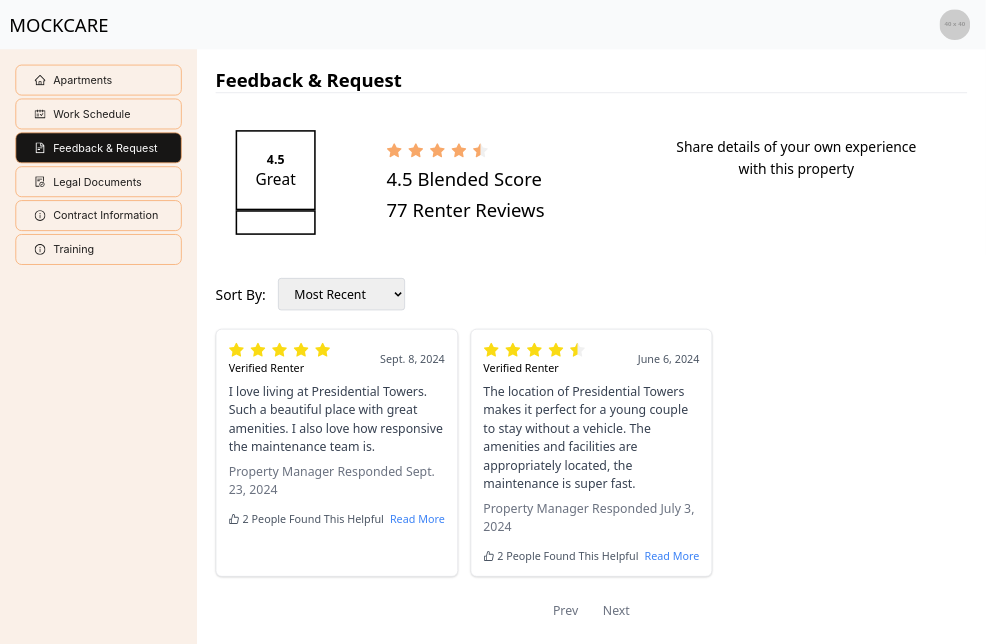
Repository: dunh-real/MockProject_102024_Nhom4
Page: / (app in frontend/)
The author's editor kept a copy of each file at every save. The page is drawn from the files as they stood at one save, then again after the next save.
The browser window is 1280 px wide. The pictures show the whole page, at 77% of full size.
The project was rebuilt for these pictures with package versions that can differ from the ones it lists, and the page was loaded fresh each time. Also part of the build but not shown: frontend/vite.config.js, frontend/vite.config.ts, frontend/src/App.css, frontend/src/component/ReviewModal.tsx.

Above is the page before, as saved 2024-10-09 16:48:19.

### frontend/src/index.tsx
import React from 'react';
import ReactDOM from 'react-dom/client';
import './index.css';
import App from './App';
import reportWebVitals from './reportWebVitals';
import { Provider } from 'react-redux';
import store from './store/store';

const root = ReactDOM.createRoot(
  document.getElementById('root') as HTMLElement
);
root.render(
  <Provider store={store}>
    <App />
  </Provider>
);

// If you want to start measuring performance in your app, pass a function
// to log results (for example: reportWebVitals(console.log))
// or send to an analytics endpoint. Learn more: https://bit.ly/CRA-vitals
reportWebVitals();

### frontend/src/App.tsx

import './App.css'
import ReviewList from './pages/Feedback&Request/Feedback&Request'
// import LoginForm from './pages/Login/Login'

function App() {


  return (
    <>
      {/* <LoginForm/> */}
      <ReviewList/>
    </>
  )
}

export default App

### frontend/src/store/store.ts
import { configureStore } from '@reduxjs/toolkit';
import authReducer from './slice/authSlice';

const store = configureStore({
    reducer: {
        auth: authReducer,
    },
});

export type RootState = ReturnType<typeof store.getState>;

export type AppDispatch = typeof store.dispatch;

export default store;

### frontend/src/pages/Feedback&Request/Feedback&Request.tsx
import React, { useState } from 'react';
import { Rate } from 'antd'; // Dùng Antd cho Rate, có thể thay thế bằng biểu tượng của Tailwind nếu cần
import { LikeOutlined } from '@ant-design/icons';
import ReviewModal from '../../component/ReviewModal';
import Sidebar from '../../component/Sidebar';

interface Review {
    date: string;
    rating: number;
    text: string;
    managerResponse: string;
    helpfulCount: number;
    renter: string;
}

const reviews: Review[] = [
    {
        date: 'Sept. 8, 2024',
        rating: 5,
        renter: 'Verified Renter',
        text: 'I love living at Presidential Towers. Such a beautiful place with great amenities. I also love how responsive the maintenance team is.',
        managerResponse: 'Property Manager Responded Sept. 23, 2024',
        helpfulCount: 2,
    },
    {
        date: 'June 6, 2024',
        rating: 4.5,
        renter: 'Verified Renter',
        text: 'The location of Presidential Towers makes it perfect for a young couple to stay without a vehicle. The amenities and facilities are appropriately located, the maintenance is super fast.',
        managerResponse: 'Property Manager Responded July 3, 2024',
        helpfulCount: 2,
    },
];

const ReviewList: React.FC = () => {
    const [showModal, setShowModal] = useState<boolean>(false);
    const [page, setPage] = useState<number>(1);

    const handlePageChange = (page: number) => {
        setPage(page);
    };

    const handleSortChange = (value: string) => {
        console.log(`Sort by: ${value}`);
    };

    return (
        <div className="min-h-screen bg-gray-50">
            <div className="flex bg-[#f8a769d9] justify-between items-center p-3">
                <div className="w-1/5">
                    <h1 className="text-xl lg:text-2xl">MOCKCARE</h1>
                </div>
                <div className="flex justify-end">
                    <img
                        src="https://via.placeholder.com/40"
                        alt="Avatar"
                        className="rounded-full w-[40px] h-[40px] sm:w-[50px] sm:h-[50px] mr-2"
                    />
                </div>
            </div>
            <div className="flex flex-col lg:flex-row">
                <Sidebar />
                <div className="lg:w-4/5 p-4 sm:p-6 bg-white">
                    <div className="mb-4">
                        <h2 className="text-lg sm:text-xl md:text-2xl font-bold">Feedback & Request</h2>
                        <hr className="h-[4px] sm:h-[6px] md:h-[8px] bg-[#F8A869]" />
                    </div>
                    <div className="flex flex-col lg:flex-row justify-around items-center mb-6">
                        <div className="flex flex-col items-center mb-4 lg:mb-0">
                            <div className="text-center text-[#F8A869] border-black border-2 p-6">
                                <p className="text-[25px] sm:text-[30px] lg:text-[35px] font-bold">4.5</p>
                                <p className="text-sm sm:text-lg lg:text-xl">Great</p>
                            </div>
                            <div className="text-xs w-full border-black border-2 bg-[#000000c8]">
                                <p className="text-white p-1 text-center text-sm">Out of 5</p>
                            </div>
                        </div>
                        <div className="bg-[#d9d9d97b] flex flex-col lg:flex-row justify-between items-center w-full max-w-3xl p-6 lg:p-10 space-y-6 lg:space-y-0">
                            <div>
                                <Rate allowHalf defaultValue={4.5} disabled style={{ color: '#F8A869' }} />
                                <div className="text-[#000000] mt-2 mb-2 text-lg sm:text-xl lg:text-2xl">4.5 Blended Score</div>
                                <div className="text-[#000000] font-light text-base sm:text-lg lg:text-2xl">77 Renter Reviews</div>
                            </div>
                            <div className="text-center">
                                <p className="text-[#000000] font-light text-sm sm:text-base lg:text-lg">
                                    Share details of your own experience <br />
                                    with this property
                                </p>
                                <button
                                    onClick={() => setShowModal(true)}
                                    className="bg-[#f05a28] text-white px-8 py-3 mt-3 rounded hover:bg-[#ff6a38] hover:text-black text-sm sm:text-base lg:text-lg"
                                >
                                    Write a Review
                                </button>
                            </div>
                        </div>
                    </div>
                    <div className="mb-6 flex flex-col sm:flex-row items-start sm:items-center gap-4">
                        <p className="text-base sm:text-lg">Sort By:</p>
                        <select
                            onChange={(e) => handleSortChange(e.target.value)}
                            className="border border-gray-300 rounded px-4 py-2 text-sm sm:text-base"
                        >
                            <option value="recent">Most Recent</option>
                            <option value="highest">Highest Rating</option>
                            <option value="lowest">Lowest Rating</option>
                        </select>
                    </div>
                    <div className="grid grid-cols-1 md:grid-cols-2 lg:grid-cols-3 gap-4">
                        {reviews.slice((page - 1) * 2, page * 2).map((review, index) => (
                            <div key={index} className="p-4 border border-gray-200 rounded-lg bg-white shadow">
                                <div className="flex justify-between items-center mb-2">
                                    <div>
                                        <Rate allowHalf defaultValue={review.rating} disabled />
                                        <p className="text-sm font-light">{review.renter}</p>
                                    </div>
                                    <span className="text-sm text-gray-600">{review.date}</span>
                                </div>
                                <p className="text-gray-700">{review.text}</p>
                                <p className="text-gray-500 mt-2">{review.managerResponse}</p>
                                <div className="flex justify-between items-center mt-4">
                                    <div className="flex items-center text-sm text-gray-600">
                                        <LikeOutlined className="mr-1 text-[#F8A869]" />
                                        {review.helpfulCount} People Found This Helpful
                                    </div>
                                    <button className="text-blue-500 text-sm">Read More</button>
                                </div>
                            </div>
                        ))}
                    </div>
                    <div className="flex justify-center mt-6">
                        <button
                            onClick={() => handlePageChange(page - 1)}
                            className="px-4 py-2 text-gray-500 text-sm sm:text-base"
                            disabled={page === 1}
                        >
                            Prev
                        </button>
                        <button
                            onClick={() => handlePageChange(page + 1)}
                            className="px-4 py-2 text-gray-500 text-sm sm:text-base"
                        >
                            Next
                        </button>
                    </div>
                </div>
            </div>
            {showModal && <ReviewModal setShowModal={setShowModal} />}
        </div>
    );
};

export default ReviewList;

### frontend/src/store/slice/authSlice.ts
import { createSlice, PayloadAction } from '@reduxjs/toolkit';

interface AuthState {
    token: string | null;
}

const initialState: AuthState = {
    token: null,
};

const authSlice = createSlice({
    name: 'auth',
    initialState,
    reducers: {
        login: (state, action: PayloadAction<string>) => {
            state.token = action.payload;
        },
        logout: (state) => {
            state.token = null;
        },
    },
});

export const { login, logout } = authSlice.actions;
export default authSlice.reducer;

### frontend/src/component/Sidebar.tsx
import { Menu } from 'antd';
import { HomeOutlined, ScheduleOutlined, FileTextOutlined, FileDoneOutlined, InfoCircleOutlined } from '@ant-design/icons';

const Sidebar = () => {
  return (
    <div style={{ width: '20%', minHeight: '100vh', backgroundColor: '#FAF0E8', padding: '1rem' }}>
      <Menu
        defaultSelectedKeys={['feedback']}
        mode="inline"
        style={{ backgroundColor: '#FAF0E8', borderRight: 0 }}
      >
        <Menu.Item
          key="apartments"
          icon={<HomeOutlined />}
          style={{
            padding: '12px 24px',
            border:1, borderStyle:'solid', borderColor:'#F8A869'
          }}
        >
          Apartments
        </Menu.Item>
        <Menu.Item
          key="schedule"
          icon={<ScheduleOutlined />}
          style={{
            padding: '12px 24px',
            border:1, borderStyle:'solid', borderColor:'#F8A869'
          }}
        >
          Work Schedule
        </Menu.Item>
        <Menu.Item
          key="feedback"
          icon={<FileTextOutlined />}
          style={{
            backgroundColor: '#171615',
            color: 'white',
            padding: '12px 24px',
            border:1, borderStyle:'solid', borderColor:'#F8A869'
          }}
        >
          Feedback & Request
        </Menu.Item>
        <Menu.Item
          key="legal"
          icon={<FileDoneOutlined />}
          style={{
            padding: '12px 24px',
            border:1, borderStyle:'solid', borderColor:'#F8A869'
          }}
        >
          Legal Documents
        </Menu.Item>
        <Menu.Item
          key="contract"
          icon={<InfoCircleOutlined />}
          style={{
            padding: '12px 24px',
            border:1, borderStyle:'solid', borderColor:'#F8A869'
          }}
        >
          Contract Information
        </Menu.Item>
        <Menu.Item
          key="training"
          icon={<InfoCircleOutlined />}
          style={{
            padding: '12px 24px',
            border: 1, borderStyle: 'solid', borderColor: '#F8A869'
          }}
        >
          Training
        </Menu.Item>
      </Menu>
    </div>
  );
};

export default Sidebar;

Loaded but not shown: frontend/public/index.html (common file); frontend/src/index.css (common file); frontend/src/reportWebVitals.ts (common file)

After the next save:
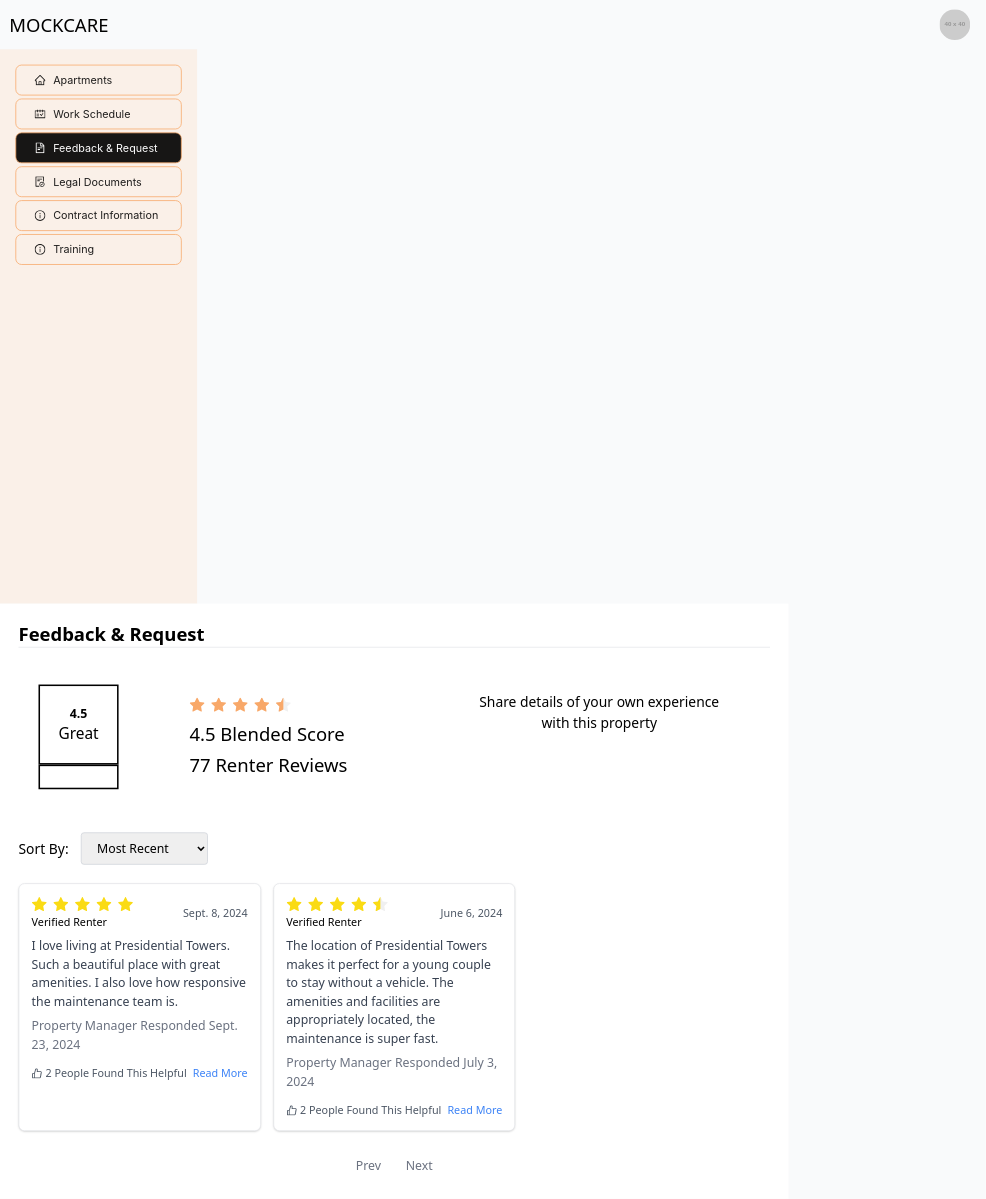
Saved 64 s later.
--- a/frontend/src/pages/Feedback&Request/Feedback&Request.tsx
+++ b/frontend/src/pages/Feedback&Request/Feedback&Request.tsx
@@ -58,7 +58,7 @@
                     />
                 </div>
             </div>
-            <div className="flex flex-col lg:flex-row">
+            <div className="flex flex-col lg:flex-col">
                 <Sidebar />
                 <div className="lg:w-4/5 p-4 sm:p-6 bg-white">
                     <div className="mb-4">

After the save that followed:
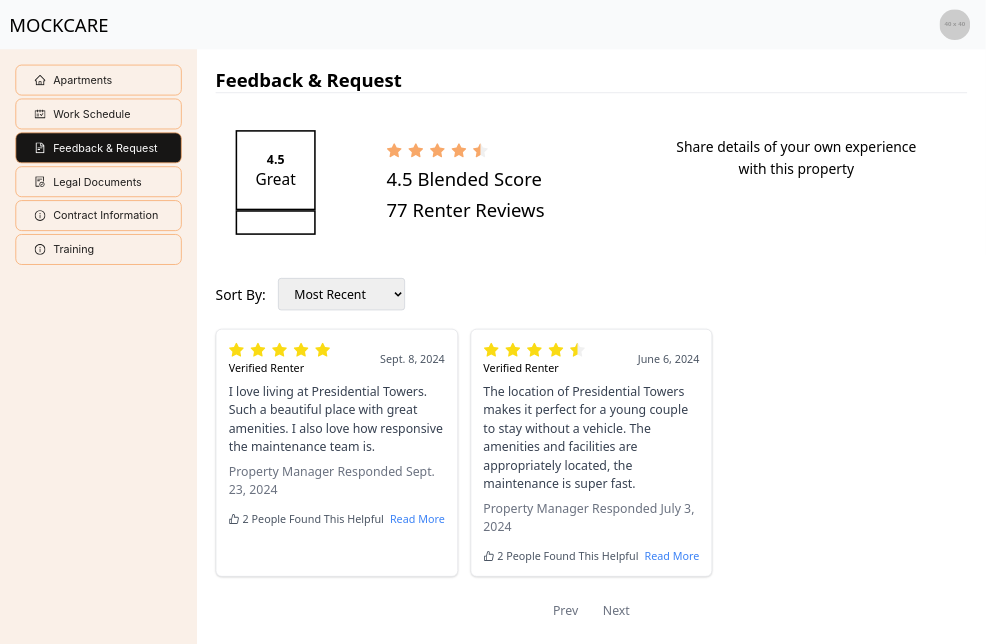
Saved 8 s later.
--- a/frontend/src/pages/Feedback&Request/Feedback&Request.tsx
+++ b/frontend/src/pages/Feedback&Request/Feedback&Request.tsx
@@ -58,7 +58,7 @@
                     />
                 </div>
             </div>
-            <div className="flex flex-col lg:flex-col">
+            <div className="flex flex-col lg:flex-row">
                 <Sidebar />
                 <div className="lg:w-4/5 p-4 sm:p-6 bg-white">
                     <div className="mb-4">
